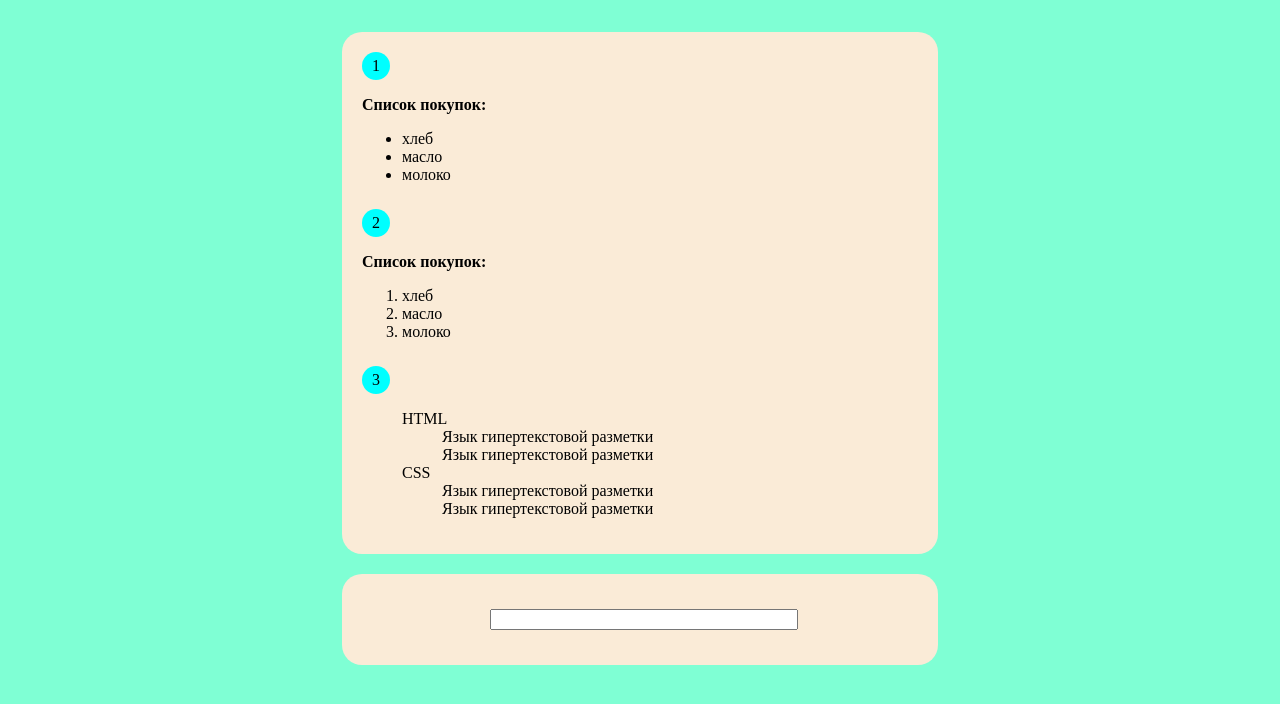
Repository: Savich01/-
Page: html/index.html
These files come from the project's save history. The page is drawn as it stood at one moment and after the next save; the edit follows.
The browser window is 1280 px wide. The pictures show the whole page.

Above is the page before, as saved 2024-05-31 15:04:53.

### html/index.html
<!DOCTYPE html>
<html lang="en">
<head>
    <meta charset="UTF-8">
    <meta name="viewport" content="width=device-width, initial-scale=1.0">
    <title>Document</title>
    <link rel="stylesheet" href="/css/style.css">
</head>
<body>

    <header class="header">

    </header>
    <main class="main">
        <div class="container">
            <section class="section-1">
                <div class="block">1</div>
                <p class="text">
                    <b>Список покупок:</b>
                </p>
                <ul class="list">
                    <li>хлеб</li>
                    <li>масло</li>
                    <li>молоко</li>
                </ul>

                <div class="block">2</div>
                <p class="text">
                    <b>Список покупок:</b>
                </p>
                <ol class="list">
                    <li>хлеб</li>
                    <li>масло</li>
                    <li>молоко</li>
                </ol>

                <div class="block">3</div>
                <ul class="main-list--item">
                    <li>HTML
                        <ul>
                            <li class="main-link">Язык гипертекстовой разметки</li>
                            <li class="main-link">Язык гипертекстовой разметки</li>
                        </ul>
                    </li>
                    <li>CSS
                        <ul>
                            <li class="main-link">Язык гипертекстовой разметки</li>
                            <li class="main-link">Язык гипертекстовой разметки</li>
                        </ul>
                    </li>
                </ul>
            </section>

            <section class="section-2">
                <div class="main-descr">
                    <input class="input" type="text">
                </div>
            </section>
        </div>
    </main>
    <footer class="footer">

    </footer>

</body>
</html>

### css/style.css
body{
    max-width: 600px;
    height: 100%;
    margin: 0 auto;
    background-color: aquamarine;
    padding: 0px 10px;
}

.container{
    padding: 2px;
    margin-top: 30px;
}
/* ==========SECTION-1========================== */
.section-1{
    padding: 20px;
    background-color: antiquewhite;
    border-radius: 20px;
    margin-bottom: 20px;
}

.block{
    background-color:aqua;
    display: inline-block;
    padding: 5px 10px;
    border-radius: 100%;
}

.list{
    margin-bottom: 25px;
}
.main-list--item{
    list-style: none;
    /* text-decoration: none; */
}

.main-link{
    list-style: none;
}

/* ==========SECTION-2========================== */

.section-2{
    background-color: antiquewhite;
    border-radius: 20px;
    padding: 20px;
}

.main-descr{
    margin: 0 auto;
    /* background-color: aliceblue; */
    max-width: 300px;
    padding: 15px;
}
.input{
    margin: 0 auto;
    width: 100%;
}

After the next save:
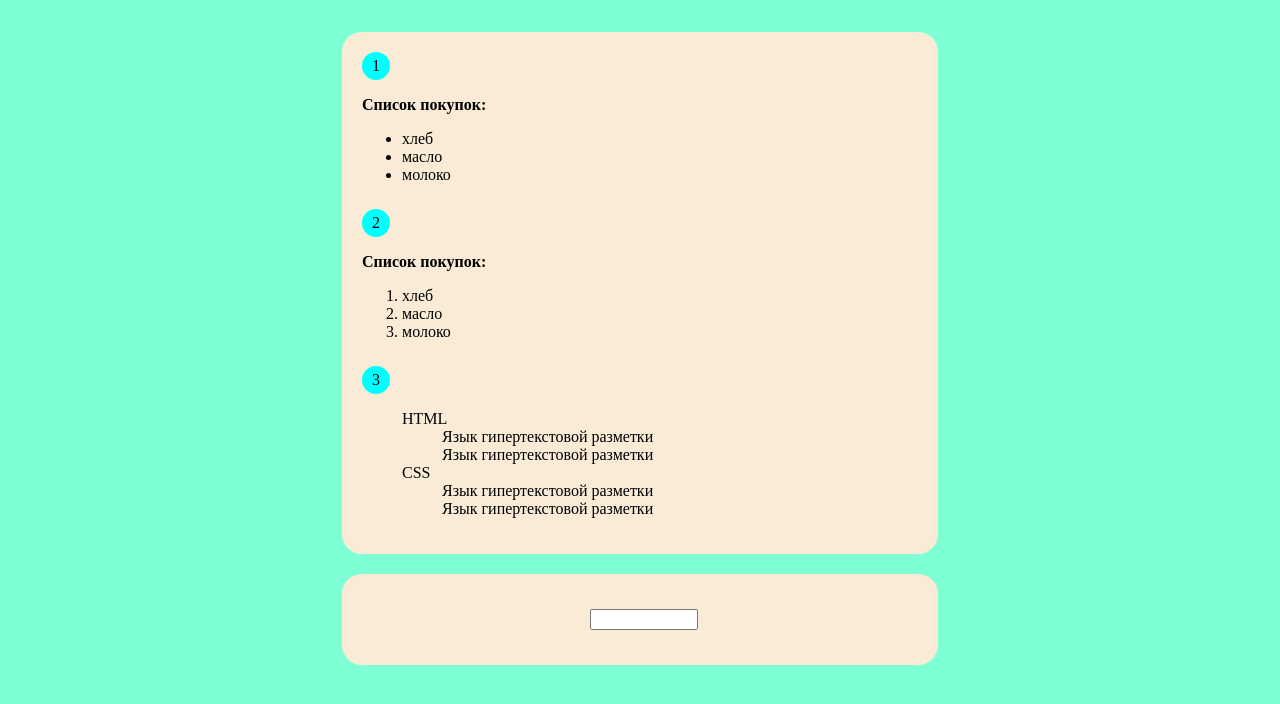
Saved 9 s later.
--- a/css/style.css
+++ b/css/style.css
@@ -48,7 +48,7 @@ body{
 .main-descr{
     margin: 0 auto;
     /* background-color: aliceblue; */
-    max-width: 300px;
+    max-width: 100px;
     padding: 15px;
 }
 .input{
